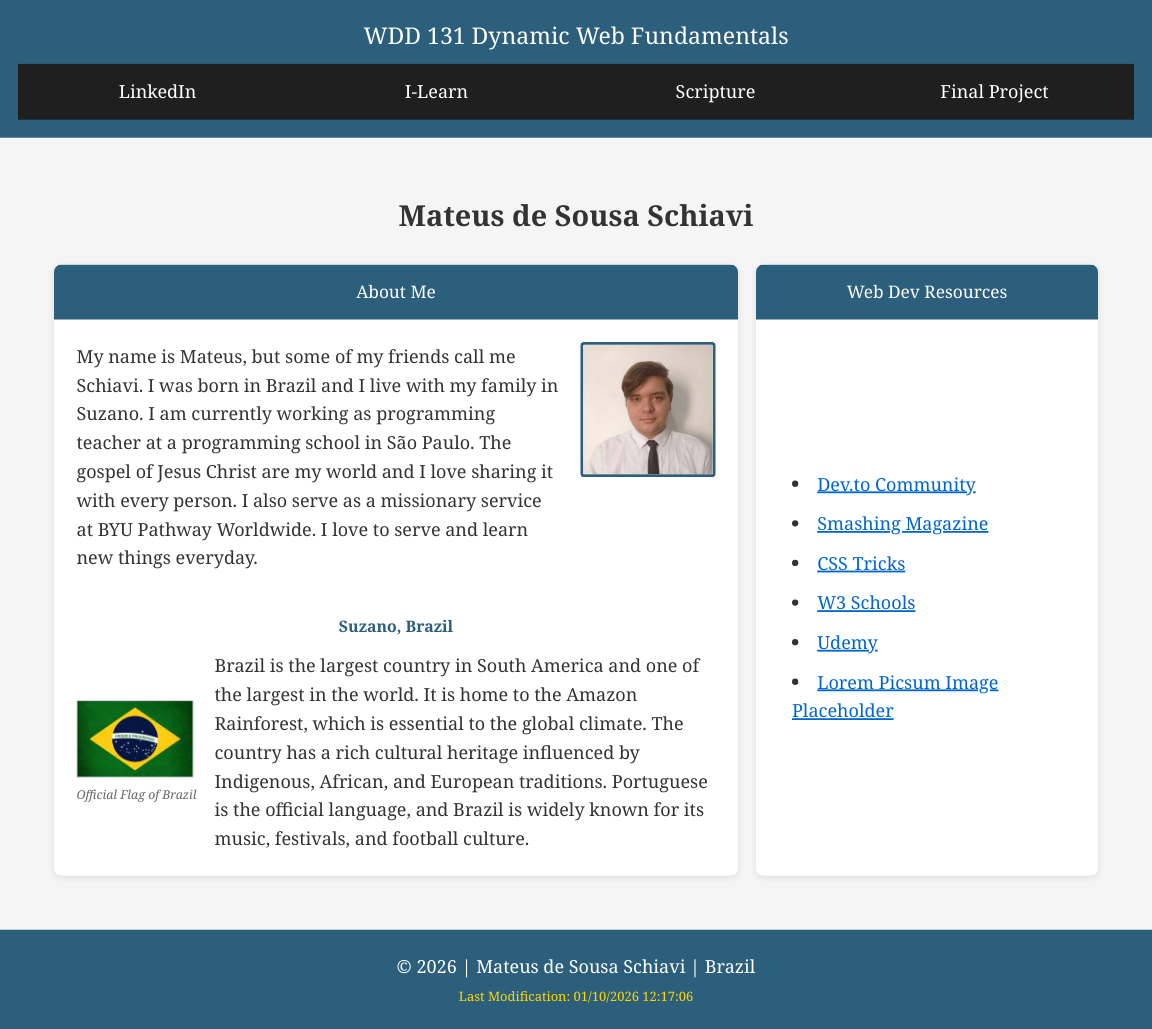
Repository: mateus-schiavi/wdd131
Page: index.html
The author's editor kept a copy of each file at every save. The page is drawn from the files as they stood at one save, then again after the next save.
The browser window is 1280 px wide. The pictures show the whole page, at 90% of full size.

Above is the page before, as saved 2026-01-10 20:01:23.

After the next save:
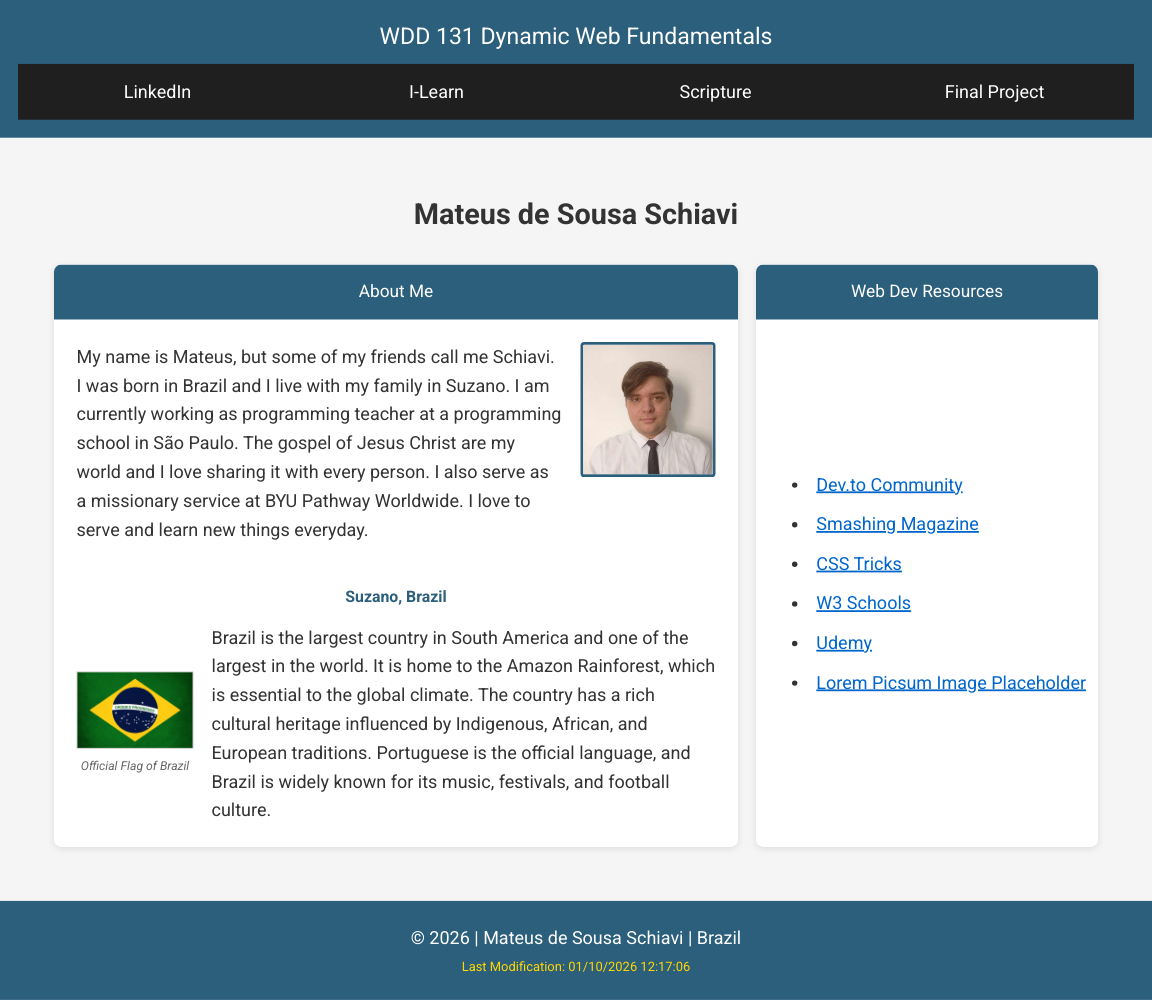
Saved 27 s later.
--- a/styles/base.css
+++ b/styles/base.css
@@ -40,7 +40,7 @@
    Base
 ===================== */
 body {
-  font-family: 'Ancizar Serif', Georgia, serif;
+  font-family: 'Roboto', Arial, sans-serif;
   background-color: var(--color-bg-main);
   line-height: 1.6;
   font-size: 20px;
